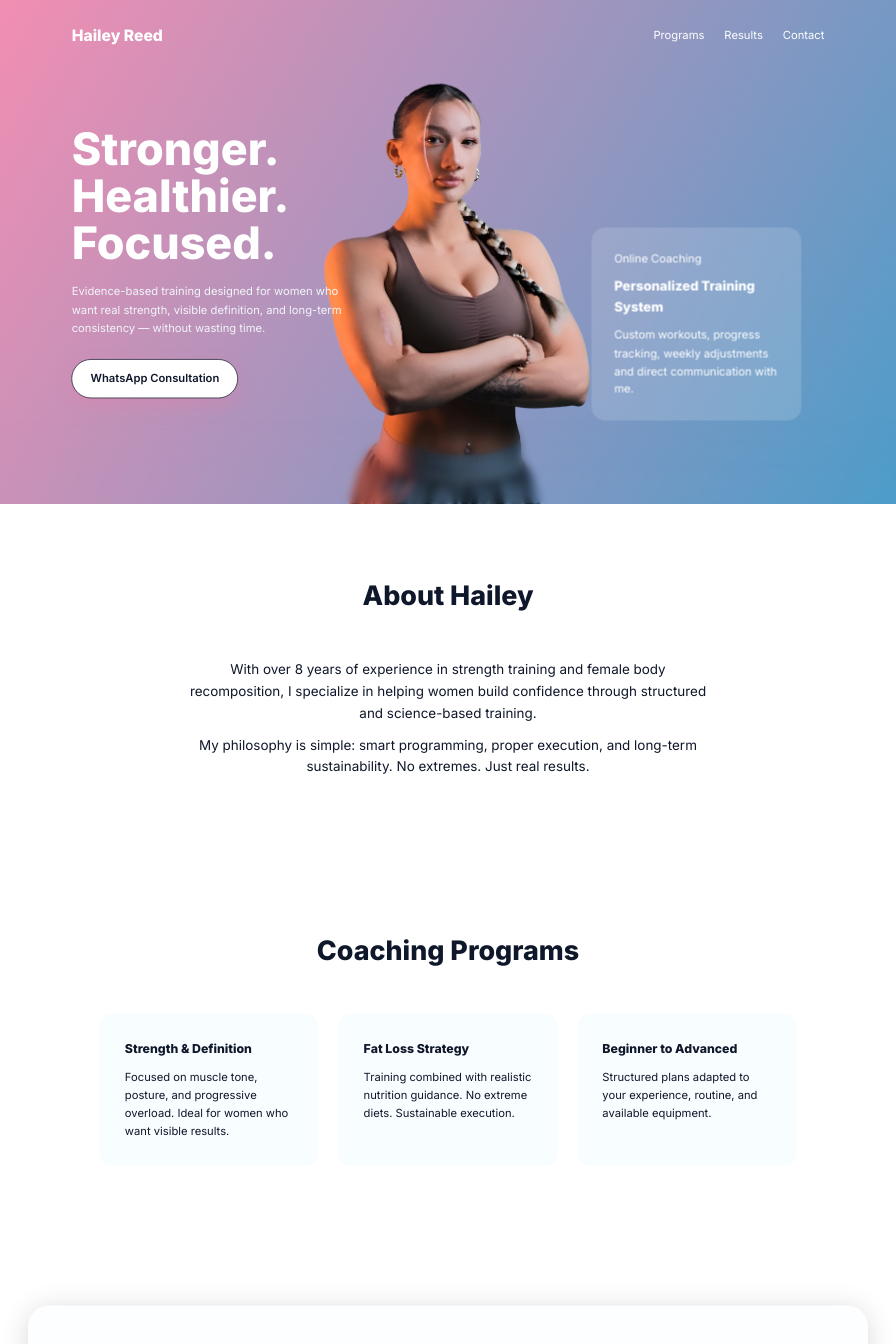
Repository: davidfsillva/Hailey-Reed-Coaching
Page: index.html
These files come from the project's save history. The page is drawn as it stood at one moment and after the next save; the edit follows.
The browser window is 1280 px wide. The pictures show the part of the page from y = 0 to 1920 px (the page is 5225 px tall), at 70% of full size.
The pointer rests on the first visible `.btn.primary`.

Above is the page before, as saved 2026-02-12 09:29:15.

### index.html
<!DOCTYPE html>
<html lang="en">
<head>
  <meta charset="UTF-8" />
  <meta name="viewport" content="width=device-width, initial-scale=1.0" />
  <title>Personal Trainer | Online Coaching</title>
  <link rel="stylesheet" href="style.css" />
  <link rel="preconnect" href="https://fonts.googleapis.com">
  <link rel="preconnect" href="https://fonts.gstatic.com" crossorigin>
  <link href="https://fonts.googleapis.com/css2?family=Inter:wght@400;600;800&display=swap" rel="stylesheet">
</head>
<body>

<header class="hero">
  <nav class="nav">
    <h1 class="logo">Hailey Reed</h1>
    <div class="nav-links">
      <a href="#programs">Programs</a>
      <a href="#results">Results</a>
      <a href="#contact">Contact</a>
    </div>
  </nav>

  <img class="hero-img" src="img/Photoroom_20260211_45117 PM.png" alt="Trainer" />

  <div class="hero-gradient"></div>

  <div class="hero-content">
    <div class="hero-text">
<h2 class="hero-title">
  Stronger. Healthier. Focused.
</h2>

      <p>
        Evidence-based training designed for women who <br>
        want real strength, visible definition, and long-term <br>
        consistency — without wasting time.
      </p>
      <div class="cta-group">
        <a href="https://wa.me/5599999999999" target="_blank" class="btn primary">
          WhatsApp Consultation
        </a>
      </div>
    </div>

    <div class="hero-card">
      <span class="tag">Online Coaching</span>
      <h3>Personalized Training System</h3>
      <p>
        Custom workouts, progress tracking, weekly adjustments
        and direct communication with me.
      </p>
    </div>
  </div>
</header>

<!-- ABOUT SECTION -->
<section class="section">
  <h3>About Hailey</h3>
  <div class="testimonial">
    <p>
      With over 8 years of experience in strength training and female body
      recomposition, I specialize in helping women build confidence through
      structured and science-based training.
    </p>
    <p>
      My philosophy is simple: smart programming, proper execution,
      and long-term sustainability. No extremes. Just real results.
    </p>
  </div>
</section>

<section id="programs" class="section">
  <h3>Coaching Programs</h3>

  <div class="cards">
    <div class="card">
      <h4>Strength & Definition</h4>
      <p>
        Focused on muscle tone, posture, and progressive overload.
        Ideal for women who want visible results.
      </p>
    </div>

    <div class="card">
      <h4>Fat Loss Strategy</h4>
      <p>
        Training combined with realistic nutrition guidance.
        No extreme diets. Sustainable execution.
      </p>
    </div>

    <div class="card">
      <h4>Beginner to Advanced</h4>
      <p>
        Structured plans adapted to your experience, routine,
        and available equipment.
      </p>
    </div>
  </div>
</section>

<!-- HOW IT WORKS -->
<section class="section dark">
  <h3>How It Works</h3>

  <div class="cards">
    <div class="card">
      <h4>1. Initial Consultation</h4>
      <p>
        We discuss your goals, routine, training history,
        and current physical condition.
      </p>
    </div>

    <div class="card">
      <h4>2. Custom Plan Creation</h4>
      <p>
        A personalized workout structure is designed
        specifically for your body and objectives.
      </p>
    </div>

    <div class="card">
      <h4>3. Weekly Adjustments</h4>
      <p>
        Progress tracking and adjustments ensure continuous
        improvement and optimal results.
      </p>
    </div>
  </div>
</section>

<section id="results" class="section dark">
  <h3>Client Feedback</h3>

  <div class="testimonial">
    <p>
      “This coaching completely changed how I train.
      Every session has a clear purpose and I finally feel strong.”
    </p>
    <span>— Samantha M.</span>
  </div>
</section>

<!-- TRANSFORMATION PROCESS -->
<section class="section">
  <h3>The Transformation Process</h3>

  <div class="testimonial">
    <p>
      Sustainable transformation is not about intensity —
      it's about consistency.
    </p>
    <p>
      Through progressive overload, intelligent recovery,
      and realistic nutrition, we create measurable and lasting results.
    </p>
  </div>
</section>

<!-- FAQ -->
<section class="section">
  <h3>Frequently Asked Questions</h3>

  <div class="cards">
    <div class="card">
      <h4>Do I need gym access?</h4>
      <p>
        Not necessarily. Programs can be adapted for home training
        with minimal equipment.
      </p>
    </div>

    <div class="card">
      <h4>Is nutrition included?</h4>
      <p>
        Yes. You receive structured guidance focused on sustainable habits,
        not restrictive diets.
      </p>
    </div>

    <div class="card">
      <h4>How long until I see results?</h4>
      <p>
        Most clients notice strength improvements within weeks
        and visible body changes within 8–12 weeks.
      </p>
    </div>
  </div>
</section>

<section id="contact" class="section">
  <h3>Start Your Training</h3>
  <p class="contact-text">
    If you’re serious about improving your body composition
    and performance, let’s talk.
  </p>

  <div class="cta-group center">
    <a href="https://wa.me/5599999999999" target="_blank" class="btn primary">
      Message on WhatsApp
    </a>
    <a href="https://instagram.com/seuinstagram" target="_blank" class="btn secondary">
      Visit Instagram
    </a>
  </div>
</section>

<!-- FINAL CTA SECTION -->
<section class="section dark">
  <div class="testimonial">
    <h3>Ready to Transform?</h3>
    <p>
      Your strongest, healthiest version starts with a decision.
      Let’s build it together.
    </p>
    <div class="cta-group center">
      <a href="https://wa.me/5599999999999" target="_blank" class="btn primary">
        Apply for Coaching
      </a>
    </div>
  </div>
</section>

<footer class="footer">
  <p>© 2026 Hailey Reed Coaching. All rights reserved.</p>
</footer>

<script src="script.js"></script>
</body>
</html>

### style.css
:root {
  --pink: #f07aa5;
  --blue: #2e8bc0;
  --dark: #0f172a;
  --light: #ffffff;
  --muted: #cbd5e1;
}

/* ================= RESET ================= */
* {
  margin: 0;
  padding: 0;
  box-sizing: border-box;
  font-family: 'Inter', sans-serif;
}

body {
  background: var(--light);
  color: var(--dark);
  line-height: 1.6;
}

/* ================= HERO ================= */
.hero {
  position: relative;
  min-height: 100vh;
  padding: 32px 8%;
  color: white;
  overflow: hidden;
}

/* IMAGEM */
.hero-img {
  position: absolute;
  top: 50%;
  left: 50%;
  transform: translate(-50%, -50%);
  width: 60%;
  max-width: 500px;
  height: auto;
  z-index: 2;
}

/* GRADIENTE */
.hero-gradient {
  position: absolute;
  inset: 0;
  background: linear-gradient(
    120deg,
    rgba(240,122,165,0.85),
    rgba(46,139,192,0.85)
  );
  z-index: 1;
}

/* CONTEÚDO */
.hero-content {
  position: relative;
  z-index: 5;
}

/* TEXTO */
.hero-text {
  display: flex;
  flex-direction: column;
  justify-content: center;
  height: 85vh;
  max-width: 550px;
}

.hero-title {
  font-size: clamp(2.8rem, 5vw, 4.5rem);
  line-height: 1.05;
  margin-bottom: 24px;
}

.hero-text p {
  max-width: 480px;
  font-size: 1rem;
  color: #f1f5f9;
}

/* BLUR INFERIOR */
.hero::after {
  content: "";
  position: absolute;
  bottom: 0;
  left: 0;
  width: 100%;
  height: 120px;
  backdrop-filter: blur(6px);
  -webkit-backdrop-filter: blur(6px);
  mask-image: linear-gradient(to top, black 40%, transparent 100%);
  pointer-events: none;
  z-index: 3;
}

/* ================= BOTÕES ================= */
.cta-group {
  display: flex;
  gap: 16px;
  margin-top: 32px;
  flex-wrap: wrap;
}

.btn {
  padding: 14px 26px;
  border-radius: 999px;
  font-weight: 600;
  text-decoration: none;
  transition: 0.3s ease;
  display: inline-block;
}

.btn.primary {
  background: var(--light);
  color: var(--dark);
  border: 1px solid var(--dark);
  background-size: 200% 200%;
  transition: all 0.4s ease;
}

.btn.primary:hover {
  background-position: right center;
  transform: translateY(-4px);
  box-shadow: 0 10px 25px rgba(240,122,165,0.3);
}

.btn.secondary {
  background: transparent;
  color: var(--dark);
  border: 1px solid var(--dark);
  transition: all 0.3s ease;
}

.btn.secondary:hover {
background: linear-gradient(120deg, var(--pink), var(--blue));  color: white;
  transform: translateY(-3px);
}


/* ================= HERO CARD ================= */
.hero-card {
  position: absolute;
  top: 42%;
  right: 8%;
  width: 300px;
  background: rgba(255,255,255,0.15);
  backdrop-filter: blur(18px);
  padding: 32px;
  border-radius: 20px;
  z-index: 4;
}

.hero-card {
  position: absolute;
  top: 42%;
  right: 3%;
  width: 300px;
}



.hero-card h3 {
  margin: 12px 0;
}

/* ================= NAVBAR ================= */
.nav {
  position: relative;
  z-index: 10;
  display: flex;
  justify-content: space-between;
  align-items: center;
}

.logo {
  font-weight: 800;
  font-size: 1.4rem;
}

.nav-links a {
  position: relative;
  color: white;
  margin-left: 24px;
  text-decoration: none;
  font-weight: 500;
  padding-bottom: 4px;
}

.nav-links a::after {
  content: "";
  position: absolute;
  left: 0;
  bottom: 0;
  width: 0%;
  height: 2px;
  background: white;
  transition: width 0.3s ease;
}

.nav-links a:hover::after {
  width: 100%;
}

/* ================= SECTIONS ================= */
.section {
  padding: 100px 8%;
  max-width: 1200px;
  margin: auto;
}

.section h3 {
  font-size: 2.4rem;
  margin-bottom: 60px;
  text-align: center;
}

.cards {
  display: grid;
  grid-template-columns: repeat(auto-fit, minmax(260px, 1fr));
  gap: 28px;
}

.card {
  background: rgb(248, 253, 255);
  padding: 36px;
  border-radius: 18px;
  transition: 0.3s ease;
}

.card:hover {
  transform: translateY(-6px);
}

.card h4 {
  margin-bottom: 14px;
  font-size: 1.1rem;
}

/* ================= DARK SECTIONS ================= */
.dark {
  background: rgb(252, 254, 255);
  border-radius: 30px;
  color: var(--dark);
  margin: 100px auto;
  padding: 100px 8%;
  box-shadow: 0 5px 40px rgba(0,0,0,0.15);
}


.dark .card {
  background: rgba(255,255,255,0.06);
  color: var(--dark);
  box-shadow: 0 20px 60px rgba(0,0,0,0.15);
}

.dark .card:hover {
  background: rgba(255,255,255,0.1);
}

/* ================= TESTIMONIAL ================= */
.testimonial {
  max-width: 750px;
  margin: auto;
  text-align: center;
}

.testimonial p {
  font-size: 1.2rem;
  margin-bottom: 16px;
}

.contact-text {
  text-align: center;
  max-width: 520px;
  margin: 0 auto 32px;
}

.center {
  justify-content: center;
}

/* ================= FOOTER ================= */
.footer {
  padding: 32px;
  text-align: center;
  background: linear-gradient(120deg, var(--pink), var(--blue));
  color: var(--muted);
  font-size: 0.85rem;
}

/* ================= RESPONSIVE ================= */
@media (max-width: 1024px) {

  .hero-card {
    position: relative;
    top: unset;
    right: unset;
    margin-top: 40px;
    width: 100%;
    max-width: 400px;
  }

  .hero-text {
    height: auto;
    text-align: center;
    margin-top: 80px;
  }

  .hero-text p {
    margin: auto;
  }

  .hero-img {
    width: 75%;
  }
}

@media (max-width: 768px) {

  .nav {
    flex-direction: column;
    align-items: center;
  }

  .nav-links {
    display: flex;
    gap: 30px;          /* controla o espaçamento */
    margin-top: 10px;   /* afasta do logo */
  }

  .nav-links a {
    margin-left: 0;     /* remove espaçamento antigo */
  }

    .hero-card {
    width: 95%;          /* ocupa menos largura fixa */
    max-width: 660px;    /* limita tamanho */
    margin: 375px auto 0; /* mais baixo */

    padding: 15px;       /* reduz espaço interno */
    border-radius: 16px;
  }

  .hero-card h3 {
    font-size: 1rem;
  }

  .hero-card p {
    font-size: 0.85rem;
    line-height: 1.4;
  }

  .hero-img {
    width: 90%;
    top: 60%;              /* desce um pouco a imagem */
  }

  .hero-title {
    font-size: 1.9rem;
    margin-bottom: 20px;
  }

  .hero-text {
    height: auto;          /* remove os 85vh */
    justify-content: flex-start;
    margin-top: 40px;      /* controla distância do nav */
    text-align: center;
  }

  .hero-text p {
    display: none;
  }

  .section {
    padding: 80px 6%;
  }

  .cta-group {
  position: relative;
  transform: translateY(350px);
  z-index: 6;
  display: flex;
  justify-content: center;
  }

  .btn.primary {
    transform: translateY(120px);
  }

}



@media (max-width: 480px) {

  .hero {
    padding: 24px 6%;
  }

  .btn {
    width: 100%;
    text-align: center;
  }

  .cta-group {
    flex-direction: column;
  }
}

### script.js
// ===============================
// SMOOTH SCROLL
// ===============================
document.querySelectorAll('a[href^="#"]').forEach(anchor => {
  anchor.addEventListener('click', function (e) {
    const target = document.querySelector(this.getAttribute('href'));
    if (!target) return;

    e.preventDefault();
    target.scrollIntoView({ behavior: 'smooth' });
  });
});


// ===============================
// NAVBAR SCROLL EFFECT
// ===============================
const nav = document.querySelector(".nav");

window.addEventListener("scroll", () => {
  if (!nav) return;

  if (window.scrollY > 50) {
    nav.style.background = "rgba(15, 23, 42, 0.85)";
    nav.style.backdropFilter = "blur(10px)";
    nav.style.padding = "16px 8%";
    nav.style.transition = "all 0.3s ease";
  } else {
    nav.style.background = "transparent";
    nav.style.backdropFilter = "none";
    nav.style.padding = "";
  }
});


// ===============================
// SCROLL REVEAL (melhor performance)
// ===============================
const revealElements = document.querySelectorAll(".section, .card, .testimonial");

const revealOnScroll = () => {
  const triggerBottom = window.innerHeight * 0.85;

  revealElements.forEach(el => {
    const elementTop = el.getBoundingClientRect().top;

    if (elementTop < triggerBottom) {
      el.style.opacity = "1";
      el.style.transform = "translateY(0)";
    }
  });
};

// Estado inicial
revealElements.forEach(el => {
  el.style.opacity = "0";
  el.style.transform = "translateY(40px)";
  el.style.transition = "opacity 0.8s ease, transform 0.8s ease";
});

window.addEventListener("scroll", revealOnScroll);
window.addEventListener("load", revealOnScroll);



// ===============================
// HERO IMAGE PARALLAX (DESKTOP ONLY)
// ===============================
const heroImg = document.querySelector(".hero-img");

if (heroImg && window.innerWidth > 768) {
  window.addEventListener("scroll", () => {
    const scrollPosition = window.scrollY;
    heroImg.style.transform =
      `translate(-50%, calc(-50% + ${scrollPosition * 0.12}px))`;
  });
}



// ===============================
// BUTTON FADE-IN ON LOAD
// ===============================
window.addEventListener("load", () => {
  const buttons = document.querySelectorAll(".btn");

  buttons.forEach((btn, index) => {
    btn.style.opacity = "0";
    btn.style.transform = "translateY(20px)";
    btn.style.transition = "opacity 0.6s ease, transform 0.6s ease";

    setTimeout(() => {
      btn.style.opacity = "1";
      btn.style.transform = "translateY(0)";
    }, 300 + index * 150);
  });
});



// ===============================
// CARD HOVER GLOW EFFECT (desktop only)
// ===============================
if (window.innerWidth > 768) {

  const cards = document.querySelectorAll(".card");

  cards.forEach(card => {

    card.addEventListener("mousemove", (e) => {
      const rect = card.getBoundingClientRect();
      const x = e.clientX - rect.left;
      const y = e.clientY - rect.top;

      card.style.background = `
        radial-gradient(circle at ${x}px ${y}px,
        rgba(240,122,165,0.18),
        rgba(255,255,255,0.03))
      `;
    });

    card.addEventListener("mouseleave", () => {
      card.style.background = "";
    });

  });

}

After the next save:
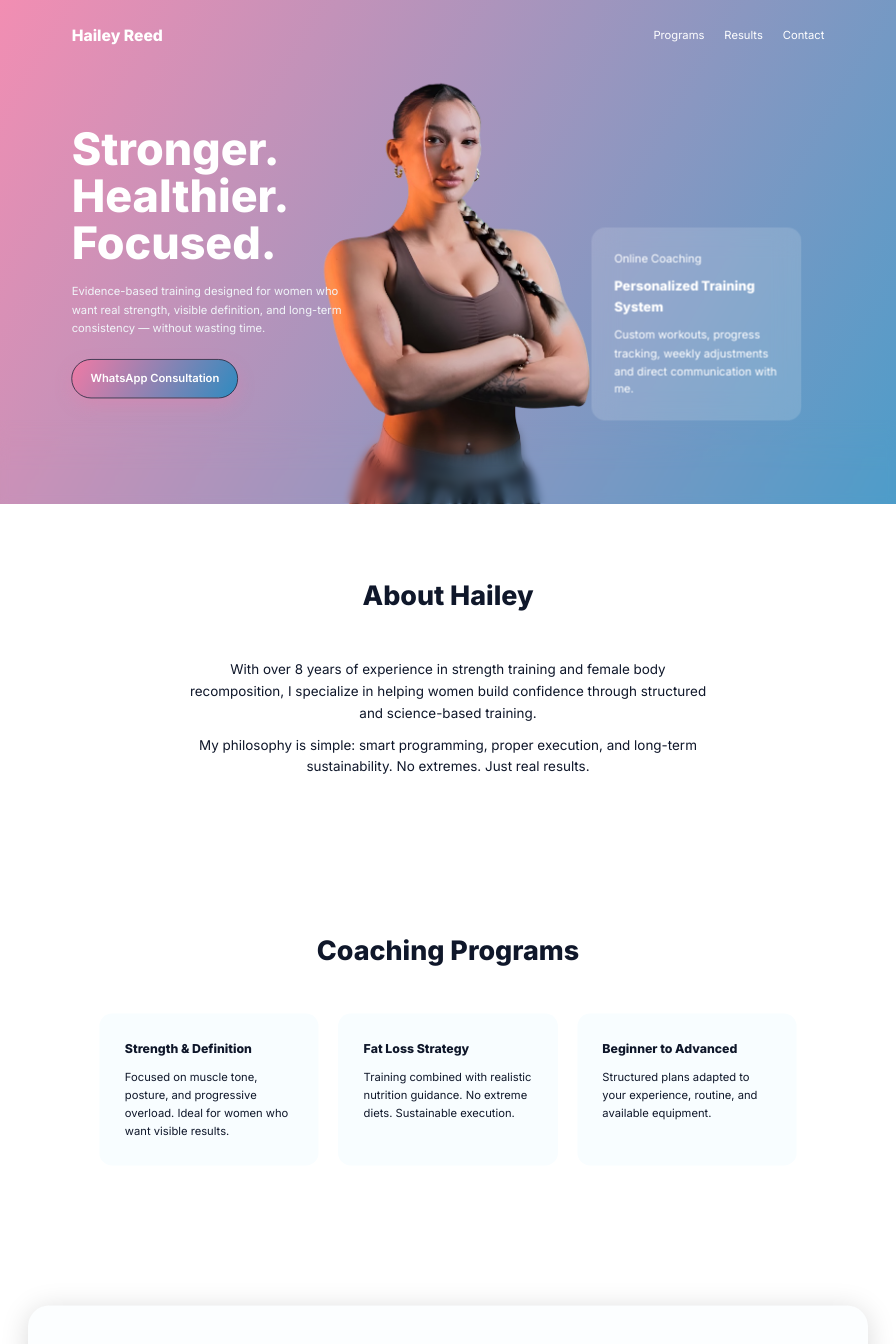
Saved 29 s later.
--- a/style.css
+++ b/style.css
@@ -121,6 +121,8 @@ body {
 }
 
 .btn.primary:hover {
+  background: linear-gradient(120deg, var(--pink), var(--blue));  color: white;
+
   background-position: right center;
   transform: translateY(-4px);
   box-shadow: 0 10px 25px rgba(240,122,165,0.3);
